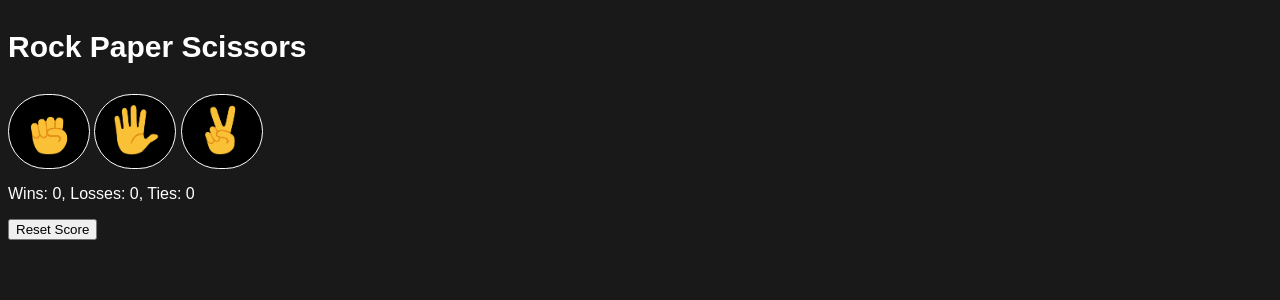
Repository: Samkiroko/Javascript-course
Page: 10-rock-paper-scissior.html
An editor plug-in stored every save of this project. The page is shown before and after the next save, followed by the edit.
The browser window is 1280 px wide. The pictures show the whole page.

Above is the page before, as saved 2023-08-28 11:24:35.

### 10-rock-paper-scissior.html
<!DOCTYPE html>
<html>
  <head>
    <title>Rock Paper Scissors</title>
    <style>
      body {
        background-color: #191919;
        color: white;
        font-family: sans-serif;
      }
      .title {
        font-size: 30px;
        font-weight: bold;
      }
      .move-icon {
        height: 50px;
      }
      .move-button {
        border: 1px solid white;
        background-color: black;
        color: white;
        padding-top: 10px;
        padding-bottom: 10px;
        padding-left: 15px;
        padding-right: 15px;
        font-weight: bold;
        border-radius: 50px;
        cursor: pointer;
      }
    </style>
  </head>
  <body>
    <p class="title">Rock Paper Scissors</p>
    <button
      onclick="
      playGame('rock');
    "
      class="move-button"
    >
      <img src="/img/rock-emoji.png" alt="Rock" srcset="" class="move-icon" />
    </button>

    <button
      onclick="
      playGame('paper');
    "
      class="move-button"
    >
      <img src="/img/paper-emoji.png" alt="paper" class="move-icon" />
    </button>

    <button
      onclick="
      playGame('scissors');
    "
      class="move-button"
    >
      <img src="/img/scissors-emoji.png" alt="Scissors" class="move-icon" />
    </button>
    <p class="js-result"></p>
    <p class="js-moves"></p>
    <p class="js-score"></p>

    <button
      onclick="
      score.wins = 0;
      score.losses = 0;
      score.ties = 0;
      localStorage.removeItem('score');
      updateScoreElement();
    "
    >
      Reset Score
    </button>

    <script>
      let score = JSON.parse(localStorage.getItem('score')) || {
        wins: 0,
        losses: 0,
        ties: 0,
      };

      updateScoreElement();

      /*
      if (!score) {
        score = {
          wins: 0,
          losses: 0,
          ties: 0
        };
      }
      */

      function playGame(playerMove) {
        const computerMove = pickComputerMove();

        let result = '';

        if (playerMove === 'scissors') {
          if (computerMove === 'rock') {
            result = 'You lose.';
          } else if (computerMove === 'paper') {
            result = 'You win.';
          } else if (computerMove === 'scissors') {
            result = 'Tie.';
          }
        } else if (playerMove === 'paper') {
          if (computerMove === 'rock') {
            result = 'You win.';
          } else if (computerMove === 'paper') {
            result = 'Tie.';
          } else if (computerMove === 'scissors') {
            result = 'You lose.';
          }
        } else if (playerMove === 'rock') {
          if (computerMove === 'rock') {
            result = 'Tie.';
          } else if (computerMove === 'paper') {
            result = 'You lose.';
          } else if (computerMove === 'scissors') {
            result = 'You win.';
          }
        }

        if (result === 'You win.') {
          score.wins += 1;
        } else if (result === 'You lose.') {
          score.losses += 1;
        } else if (result === 'Tie.') {
          score.ties += 1;
        }

        localStorage.setItem('score', JSON.stringify(score));

        updateScoreElement();

        document.querySelector('.js-result').innerHTML = result;
        document.querySelector(
          '.js-moves'
        ).innerHTML = `You picked ${playerMove} - Computer picked ${computerMove}.`;
      }

      function updateScoreElement() {
        document.querySelector(
          '.js-score'
        ).innerHTML = `Wins: ${score.wins}, Losses: ${score.losses}, Ties: ${score.ties}`;
      }

      function pickComputerMove() {
        const randomNumber = Math.random();

        let computerMove = '';

        if (randomNumber >= 0 && randomNumber < 1 / 3) {
          computerMove = 'rock';
        } else if (randomNumber >= 1 / 3 && randomNumber < 2 / 3) {
          computerMove = 'paper';
        } else if (randomNumber >= 2 / 3 && randomNumber < 1) {
          computerMove = 'scissors';
        }

        return computerMove;
      }
    </script>
  </body>
</html>

After the next save:
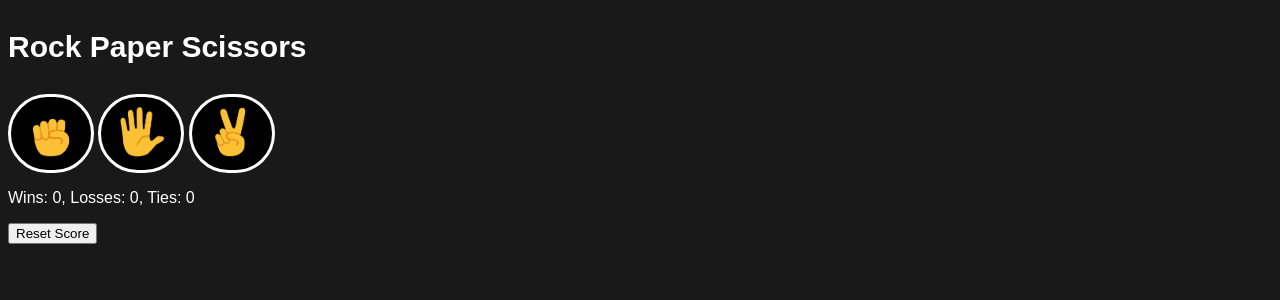
Saved 31 s later.
--- a/10-rock-paper-scissior.html
+++ b/10-rock-paper-scissior.html
@@ -16,7 +16,7 @@
         height: 50px;
       }
       .move-button {
-        border: 1px solid white;
+        border: 3px solid white;
         background-color: black;
         color: white;
         padding-top: 10px;
